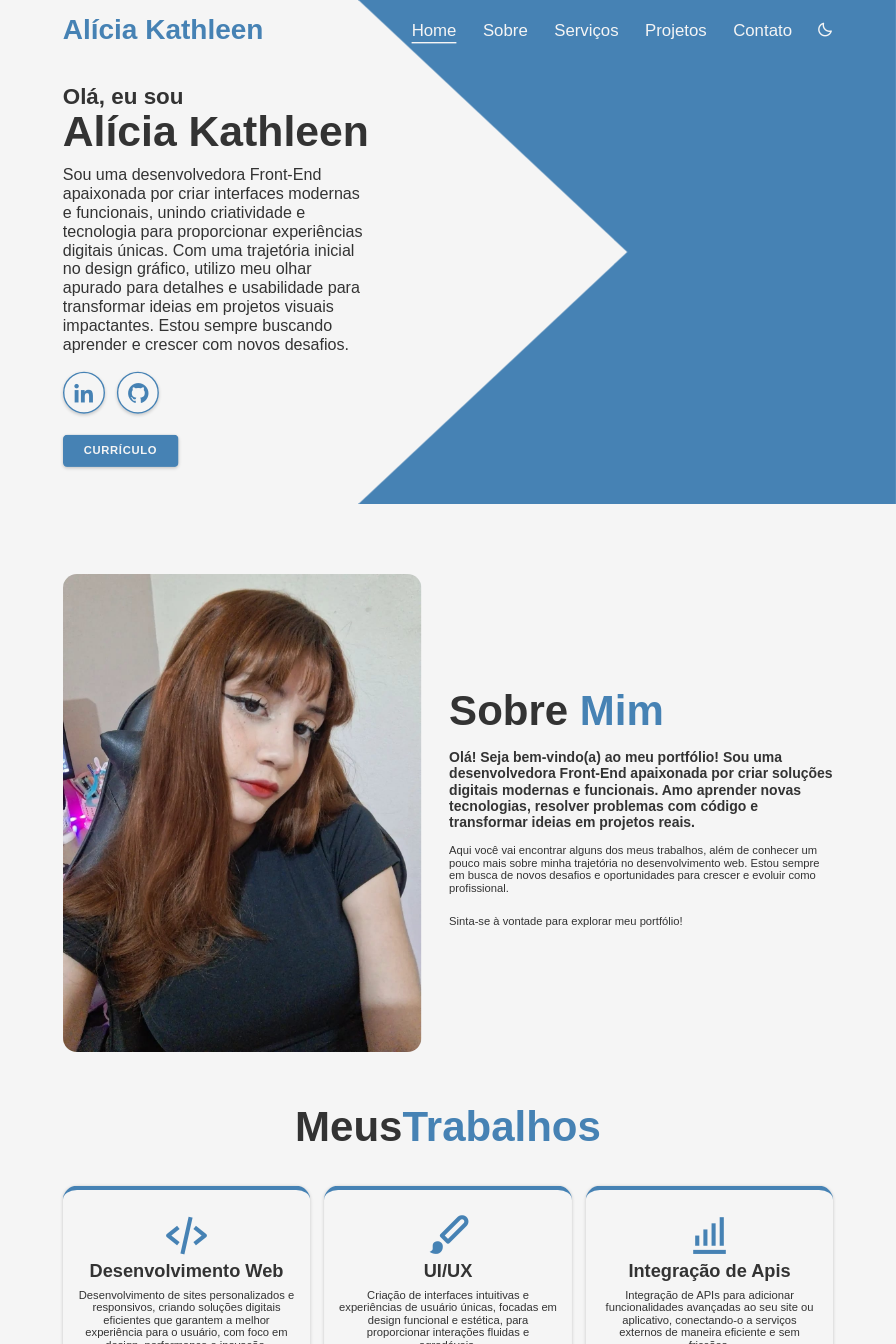
Repository: AliciaKathleen/portfolio-2025
Page: index.html
An editor plug-in stored every save of this project. The page is shown before and after the next save, followed by the edit.
The browser window is 1280 px wide. The pictures show the part of the page from y = 0 to 1920 px (the page is 3946 px tall), at 70% of full size.

Above is the page before, as saved 2025-01-27 17:01:24.
Console error: TypeError: Cannot read properties of null (reading 'classList')

After the next save:
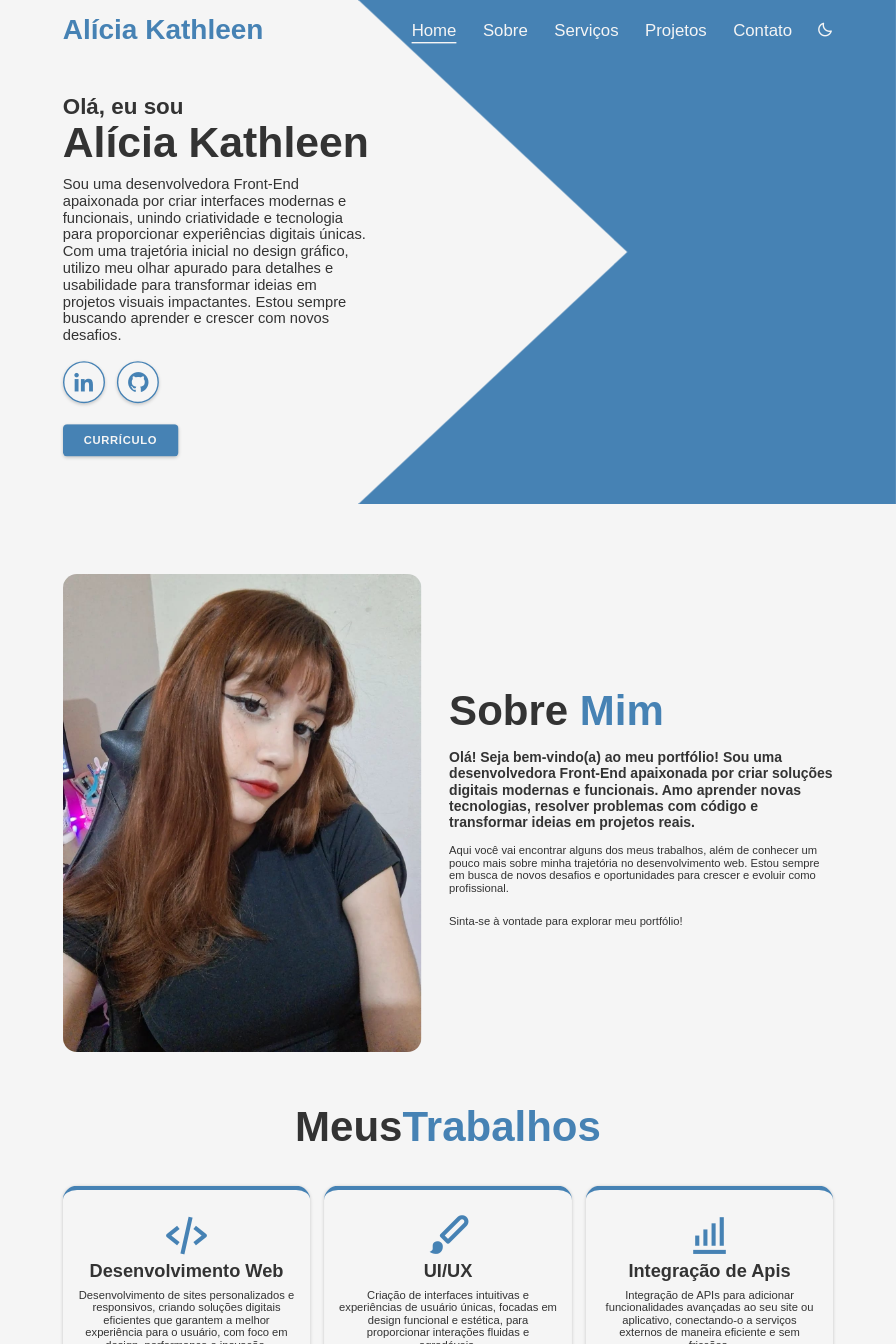
Saved 28 s later.
--- a/style.css
+++ b/style.css
@@ -140,7 +140,7 @@ section {
 }
 
 .home-content p {
-    font-size: 2.3rem;
+    font-size: 2.1rem;
 }
 
 .home-content .social-media a {
